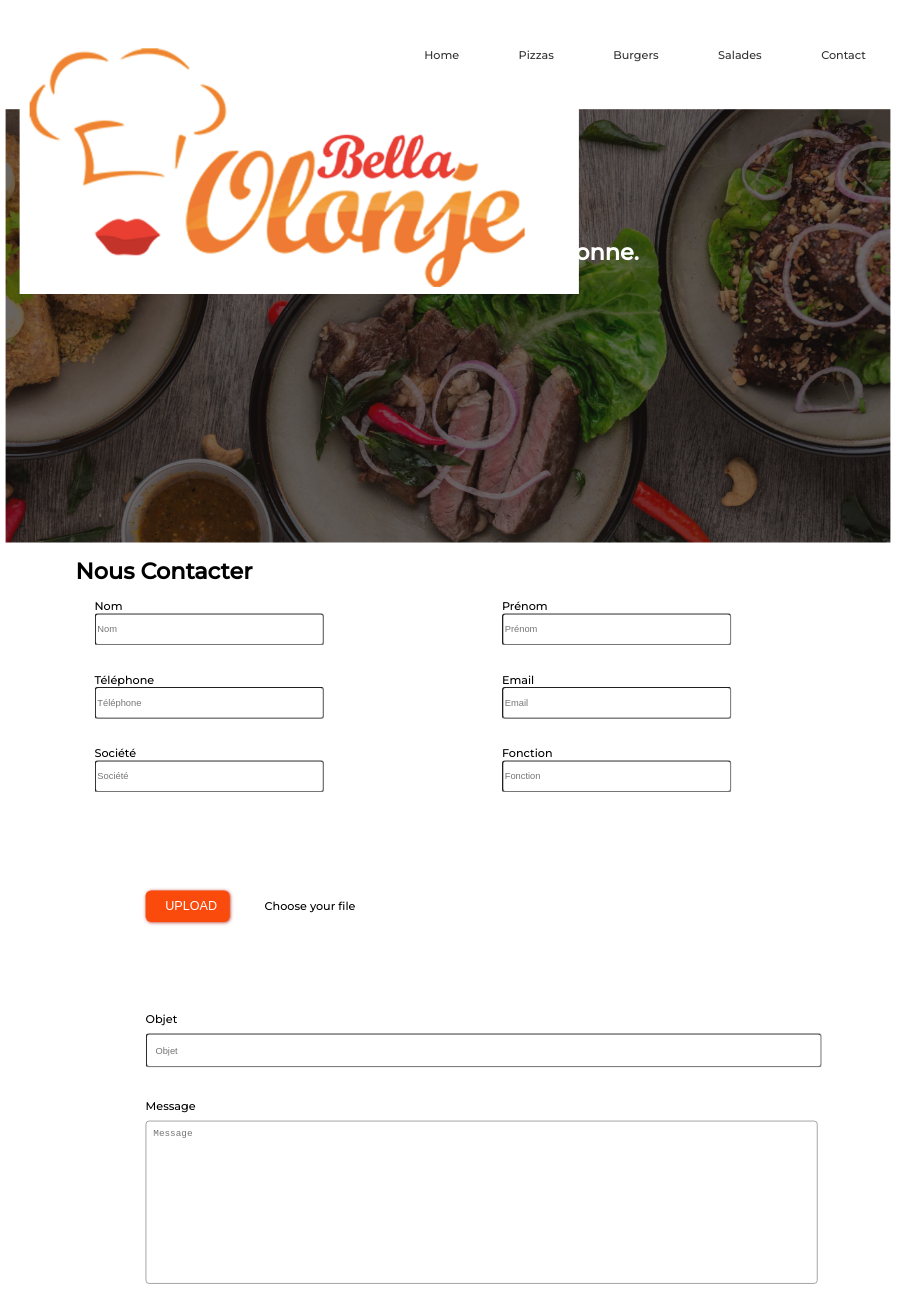
Repository: Ahlam-belhadj/bella-olange
Page: index3.html
An editor plug-in stored every save of this project. The page is shown before and after a run of saves, followed by the edit.
The browser window is 1280 px wide. The page is 1312 px wide, so the pictures cover 1312 px, including what lies to the right of the window. The pictures show the part of the page from y = 0 to 1880 px (the page is 2496 px tall before and 2446 px after), at 70% of full size.
Pictures or frames that could not be fetched are drawn as grey boxes.

Above is the page before, as saved 2023-02-14 19:20:39.

### index3.html
<!DOCTYPE html>
<html lang="en">

<head>
    <meta charset="UTF-8">
    <meta http-equiv="X-UA-Compatible" content="IE=edge">
    <meta name="viewport" content="width=device-width, initial-scale=1.0">
    <link rel="stylesheet" href="style3.css">
    <script src="https://www.google.com/recaptcha/api.js" async defer></script>
    <title>Bella olanje</title>
</head>

<body>
    <header>

        <nav>
            <ul class="nav-bar">
                <div class="logo"><a href='#'><img src="image/logo_bella_olonje.png" alt="jsp"></a></div>
                <input type="checkbox" id="check" />
                <span class="menu">
                    <li><a href="index.html" class="nav-link">Home</a></li>
                    <li><a href="#pizza" class="nav-link">Pizzas</a></li>
                    <li><a href="#burger" class="nav-link">Burgers</a></li>
                    <li><a href="#salades" class="nav-link">Salades</a></li>
                    <li><a href="index3.html" class="nav-link">Contact</a></li>
                    <label for="check" class="close-menu"><i class="fas fa-times"></i></label>
                </span>
                <label for="check" class="open-menu"><i class="fas fa-bars"></i></label>
            </ul>
        </nav>
        <div class="title">
            <div class="texte">
                <h3>Food app</h3>
                <h1>Chez Bella <br>
                    chaque désire s'additionne.</h1>
            </div>
        </div>
    </header>
    <main>
    <div class="information">
        <form>
            <h1>Nous Contacter</h1>
            <div class="commande">
                <div class="info1">
                    <div class="label">
                        <label>Nom</label>
                        <br>
                        <input type="text" placeholder="Nom">
                    </div>
                    <div class="label">
                        <label>Prénom</label>
                        <br>
                        <input type="text" placeholder="Prénom">
                    </div>
                </div>
                <div class="info2">
                    <div class="label">
                        <label>Téléphone</label>
                        <br>
                        <input type="text" placeholder="Téléphone">
                    </div>
                    <div class="label">
                        <label>Email</label>
                        <br>
                        <input type="email" placeholder="Email">
                    </div>
                </div>
                <div class="info1">
                    <div class="label">
                        <label>Société</label>
                        <br>
                        <input type="text" placeholder="Société">
                    </div>
                    <div class="label">
                        <label>Fonction</label>
                        <br>
                        <input type="email" placeholder="Fonction">
                    </div>
                </div>

            </div>
        </form>
    </div>


    <div class="chose">
        <div class="div_button">
            <button class="button1" type="button">UPLOAD</button>
            <p>Choose your file</p>
        </div>
    </div>

    <div>
        <div class="g-recaptcha toto" data-sitekey="6Lff4ygkAAAAABA1RWNuq8ewgkRZaDD-yAWqFs1t"></div>
    </div>

    <div class="grp_choose">
        <div class="choose_message">
            <div class="label_choose">
                <label>Objet</label><br>
                <input type="text" placeholder="Objet">
            </div>
            <div class="label_message">
                <label>Message</label><br>
                <textarea placeholder="Message"></textarea>
            </div>
        </div>
    </div>


    <div class="maps">
        <iframe
            src="https://www.google.com/maps/embed?pb=!1m18!1m12!1m3!1d6464.54830951471!2d2.4294808287259815!3d48.785241545980085!2m3!1f0!2f0!3f0!3m2!1i1024!2i768!4f13.1!3m3!1m2!1s0x47e67344bd2d57f1%3A0x2a84a845271b523a!2sAFPA!5e0!3m2!1sfr!2sfr!4v1674668360985!5m2!1sfr!2sfr"
            width="600" height="450" style="border:0;" allowfullscreen="" loading="lazy"
            referrerpolicy="no-referrer-when-downgrade"></iframe>
    </div>


    <div class="button1">
        <button class="button">Envoyer</button>
    </div>
</main>
</body>

</html>

### style3.css
@import url('https://fonts.googleapis.com/css2?family=Montserrat:wght@100;200;500&display=swap');

body {
    font-family: Montserrat, sans-serif;
}
main {
    overflow-x: hidden;
  }


.logo{
    height: 100px;
    width: 100px;
}
.nav-bar {
    width: 100%;
    display: flex;
    justify-content: space-between;
    align-items: center;
    list-style: none;
    position: relative;
    background-color: #FFF;
    padding: 12px 20px;
}

.menu {
    display: flex;
}

.menu li {
    padding-left: 30px;
    padding-right: 55px;
}

.menu li a {
    display: inline-block;
    text-decoration: none;
    color: #333;
    text-align: center;
    position: relative;
}

.menu li a:hover {
    color: #FA4A0C;
}

.open-menu {
    position: absolute;
    color: #FA4A0C;
    cursor: pointer;
    font-size: 1.5rem;
    display: none;
}

.close-menu {
    position: absolute;
    color: #333;
    cursor: pointer;
    font-size: 1.5rem;
    display: none;
    padding: 10px;
}

.open-menu {
    top: 50%;
    right: 20px;
    transform: translateY(-50%);
}

.close-menu {
    top: 20px;
    right: 20px;
}

#check {
    display: none;
}

@media(max-width: 920px) {
    .menu {
        flex-direction: column;
        align-items: center;
        width: 60%;
        height: 100vh;
        position: fixed;
        top: 0;
        right: -100%;
        z-index: 100;
        background-color: rgb(255, 88, 70);
        transition: all 0.2s ease-in-out;
        padding-top: 100px;
    }

    .menu li {
        margin-top: 40px;
    }

    .menu li a {
        padding: 10px;
        color: #FFF;
    }

    .open-menu {
        display: block;
        padding-right: 25px;
        padding-top: 13px;
    }

    .close-menu {
        display: block;
        color: #FFF;
        padding-right: 25px;
        padding-top: 22px;
    }

    #check:checked~.menu {
        right: 0;
    }

    .menu li a:hover {
        color: #333;
    }

    .nav-link {
        font-family: Montserrat;
        letter-spacing: .8px;
    }
}



.title {
    background-image: url(image/Rectangle\ 48.png);
    height: 619px;
    background-repeat: no-repeat;
    background-position: center;
    background-size: cover;



}

.texte {
    color: white;
    display: flex;
    align-items: center;
    justify-content: center;
    flex-direction: column;
    text-align: center;
    height: 50%;
}

/* header */

h1 {
    padding-left: 100px;
}


h2 {
    text-align: center;
    padding-bottom: 20px;
}

.info1 {
    display: flex;
    justify-content: space-around;
    padding-right: 100px;
}

.info2 {
    display: flex;
    justify-content: space-around;
    padding-right: 100px;
}

input {
    width: 320px;
    height: 40px;
    border-radius: 5px;
    margin-bottom: 40px;

}


.maps {
    display: flex;

    padding-left: 200px;
}

iframe {
    width: 941px;
    height: 500px;
    left: 100px;
    top: 1875px;

}


/* button */
button {
    border: 0;
    line-height: 2.5;
    width: 120px;
    padding: 0 18px;
    font-size: 18px;
    text-align: center;
    color: #fff;
    border-radius: 20px;
    background-color: #FA4A0C;
    box-shadow: 1px 1px 5px #B73227;


}

.button1 {
    display: flex;
    justify-content: end;
    margin: 50px 0px 35px 100px;
    border-radius: 8px;
}

p {
    margin-top: 63px;
    margin-left: 50px;
}

.btn {
    display: flex;
}


.div_button {
    padding: 50px 0px 35px 100px;
    display: flex;
}

/* button */


.chose {
    display: flex;
}

.grp_choose {
    padding-left: 200px;
}

.label_choose input {
    width: 938px;
    height: 35px;
    margin-bottom: 20px;
    margin-top: 10px;
    padding: 5px 12px;
    color: grey;
    border-radius: 5px;
    border-color: gray;
}

.label_message {
    padding-top: 25px;
}

textarea {
    width: 938px;
    height: 141px;
    margin-bottom: 20px;
    color: grey;
    border-color: gray;
    margin-top: 12px;
    padding: 10px 10px 80px;
    outline: none;
    border-radius: 5px;
    resize: none;
}

.g-recaptcha {
    padding-left: 200px;
    margin-bottom: 60px;
}

@media (max-width:650px) {
    .info1 {
        display: flex;
        flex-direction: column;
        padding-left: 15%;
    }

    .info2 {
        display: flex;
        flex-direction: column;
        padding-left: 15%;
    }

    .chose {

        padding-left: 20%;
    }

    .div_button {
        padding: 0px;
    }

    .g-recaptcha {
        margin-top: 40px;
        padding-left: 10%;
    }

    .grp_choose {
        /* padding-left: 0px; */
        padding-left: 15%;
    }

    .label_choose input {
        width: 300px;
    }

    textarea {
        width: 300px;
    }

    .maps {
        padding-left: 0px;
    }

    iframe {
        width: 400px;
        height: 200px;
        top: 1875px;
        padding-left: 10%;

    }

    .button1 {

        justify-content: center;
        margin: 50px 0px 0px 0px;

    }
}

@media screen and (min-width:651px) and (max-width:1199px) {
    .information {
        display: flex;
        justify-content: center;
    }

    .info1 {
        display: flex;
        flex-direction: column;
        padding-left: 20%;
    }

    .info2 {
        display: flex;
        flex-direction: column;
        padding-left: 20%;
    }

    .chose {

        padding-left: 35%;
    }

    .div_button {
        padding: 0px;
    }

    .g-recaptcha {
        margin-top: 40px;
        padding-left: 30%;
    }

    .grp_choose {

        display: flex;
        justify-content: center;

        padding-left: 20%;
    }

    .label_choose input {

        width: 550px;

    }

    textarea {
        width: 550px;
    }

    .maps {
        padding-left: 180px;
    }

    iframe {
        width: 700px;
        height: 400px;
        top: 1875px;


    }

    .button1 {

        justify-content: center;
        margin: 50px 0px 0px 0px;

    }

    h1 {
        text-align: center;
    }

    input {
        width: 550px;
    }


}

After the next 2 saves:
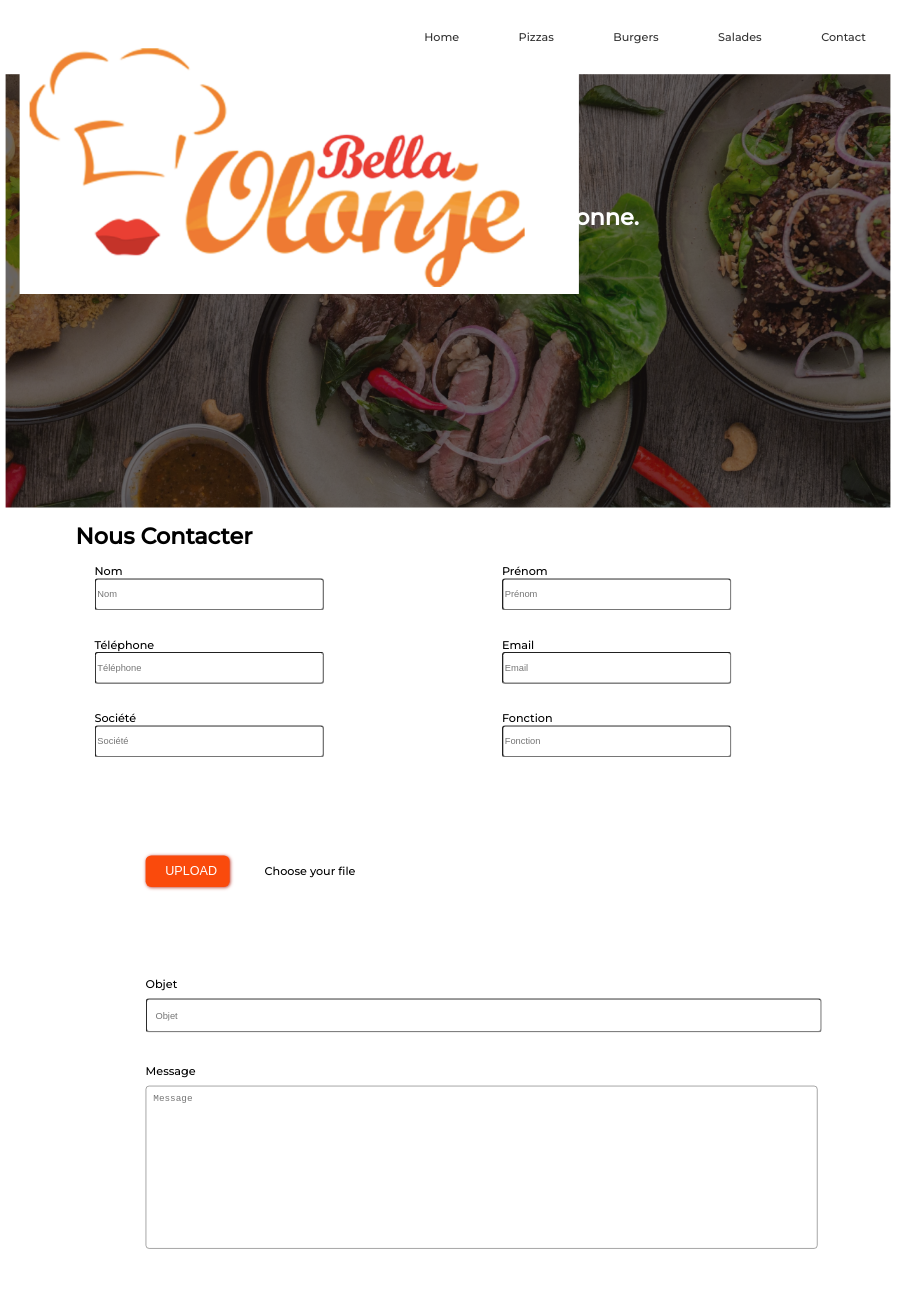
The 2 saves are shown as one change because they came seconds apart.
The last was saved 12 s later.
--- a/style3.css
+++ b/style3.css
@@ -9,8 +9,8 @@ main {
 
 
 .logo{
-    height: 100px;
-    width: 100px;
+    height: 50px;
+    width: 50px;
 }
 .nav-bar {
     width: 100%;
